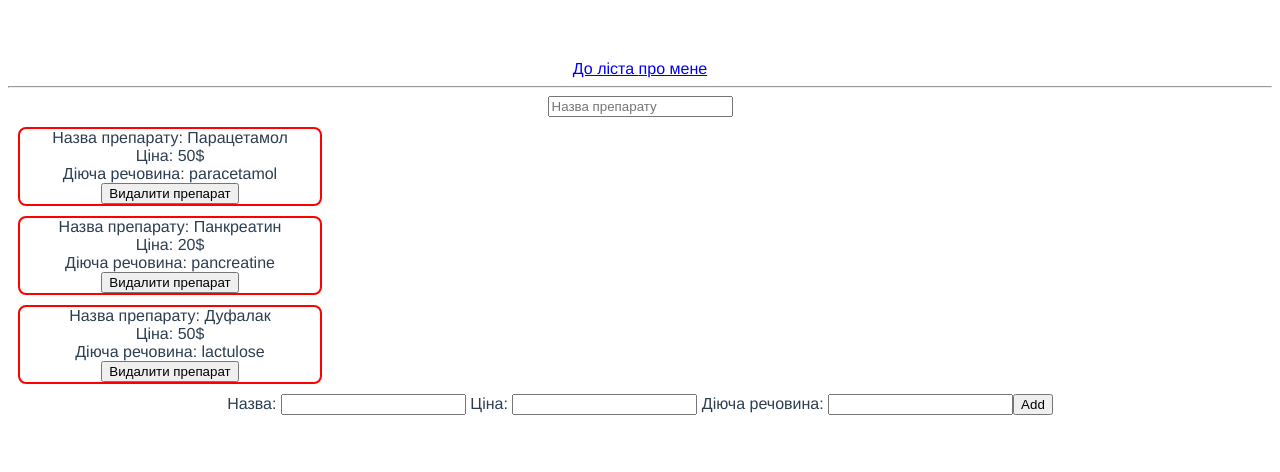
Repository: KYUUBI-K/Labs-from-2-course-
Page: /#/list (app in lab2(pharmacy)/)
These files come from the project's save history. The page is drawn as it stood at one moment and after the next save; the edit follows.
The browser window is 1280 px wide. The pictures show the whole page.
The project was rebuilt for these pictures with package versions that can differ from the ones it lists, and the page was loaded fresh each time.

Above is the page before, as saved 2021-12-21 15:53:44.

### lab2(pharmacy)/src/main.js
import Vue from 'vue'
import App from './App.vue'
import store from './state/index'
import VueRouter from 'vue-router';
import router from './router/index'

Vue.use(VueRouter);

Vue.config.productionTip = false

new Vue({
  store,
  router,
  render: (h) => h(App),
}).$mount('#app')

### lab2(pharmacy)/src/App.vue
<template>
  <div id="app">
    <router-link to="/list">До ліста </router-link>
    <router-link to="/AboutMe">про мене </router-link>
    <hr />
    <router-view></router-view>
  </div>
</template>

<script>
export default {
  name: "App",
  components: {},
};
</script>

<style>
#app {
  font-family: Avenir, Helvetica, Arial, sans-serif;
  -webkit-font-smoothing: antialiased;
  -moz-osx-font-smoothing: grayscale;
  text-align: center;
  color: #2c3e50;
  margin-top: 60px;
}
</style>

### lab2(pharmacy)/src/state/index.js
import Vue from 'vue'
import Vuex from 'vuex'
import { v4 as uuidv4 } from 'uuid'
Vue.use(Vuex)

const store = new Vuex.Store({
  state: {
    search:"",
    taskList:[
        {
          id:1, title:'Парацетамол', price:'50', active_substance:'paracetamol',
        },
        {
            id:2, title:'Панкреатин', price:'20', active_substance:'pancreatine',

        },
        {
            id:3, title:'Дуфалак', price:'50', active_substance:'lactulose',

        }
    ]
  },
  getters:{
      getTaskList:(state)=>state.taskList
  },
  mutations:{
    addNewTask(state, dataObj) {
      state.taskList.push({
        id: uuidv4(),
        ...dataObj,
      })
    },
    deleteTask(state,dataobj){
        state.taskList = state.taskList.filter(item=>(item.id != dataobj))
    }
  },
  actions:{
    addTask({ commit }, data) {
      commit('addNewTask', data)
    },
    delete({commit},data){
        commit('deleteTask',data)
    }
  }

})

export default store

### lab2(pharmacy)/src/router/index.js
import Vue from 'vue';
import VueRouter from 'vue-router';
import Tasklist from '../components/Tasklist'
Vue.use(VueRouter);

export const router = new VueRouter({
    routes:[
    {
        path:'/list',
        component:Tasklist,
        name:'list',
    }
    ]

});
export default router

### lab2(pharmacy)/src/components/Tasklist/index.vue
<template>
  <div>
    <div></div>
    <div>
      <input type="search" v-model="search" placeholder="Назва препарату" />
    </div>
    <task-item v-for="task in filterTask" :key="task.id" :task="task" />
    <div>
      <add-new-task />
    </div>
  </div>
</template>

<script>
import TaskItem from "./Taskitem";
import AddNewTask from "@/components/AddNewTask";

import { mapGetters } from "vuex";
export default {
  data() {
    return {
      search: "",
    };
  },
  name: "TaskList",
  components: {
    TaskItem,
    AddNewTask,
  },
  computed: {
    ...mapGetters(["getTaskList"]),
    filterTask() {
      let list = [...this.getTaskList];
      if (this.search) {
        list = list.filter((item) => {
          return item.title.indexOf(this.search) > -1;
        });
      }
      return list;
    },
  },
};
</script>

<style lang="scss" scoped>
</style>

### lab2(pharmacy)/src/components/Tasklist/Taskitem/index.vue
<template>
  <div class="task">
    <div>Назва препарату: {{ task.title }}</div>
    <div>Ціна: {{ task.price }}$</div>
    <div>Діюча речовина: {{ task.active_substance }}</div>
    <button @click="deletetask">Видалити препарат</button>
  </div>
</template>

<script>
import { mapActions } from "vuex";
export default {
  name: "Taskitem",
  props: {
    task: {
      type: Object,
      default: () => ({}),
    },
  },
  methods: {
    ...mapActions(["delete"]),
    deletetask() {
      this.delete(this.task.id);
    },
  },
};
</script>

<style lang="css" scoped>
.task {
  width: 300px;
  border: 2px solid red;
  border-radius: 8px;
  margin: 10px;
}
</style>

### lab2(pharmacy)/src/components/AddNewTask/index.vue
<template>
  <div>
    <div>
      <label>
        Назва:
        <input type="text" v-model="title" />
      </label>
      <label>
        Ціна:
        <input type="text" v-model.number="price" />
      </label>
      <label>
        Діюча речовина:
        <input type="text" v-model="active_substance" />
      </label>
      <button @click="onAdd">Add</button>
    </div>
  </div>
</template>

<script>
//1. Імпортуємо mapActions
import { mapActions } from "vuex";
export default {
  name: "AddNewTask",

  data() {
    return {
      title: null,
      price: null,
      active_substance: null,
    };
  },

  methods: {
    ...mapActions(["addTask"]),
    onAdd() {
      this.addTask({
        title: this.title,
        price: this.price,
        active_substance: this.active_substance,
      });
    },
  },
};
</script>

<style lang="scss" scoped>
</style>

Loaded but not shown: lab2(pharmacy)/public/index.html (common file)

After the next save:
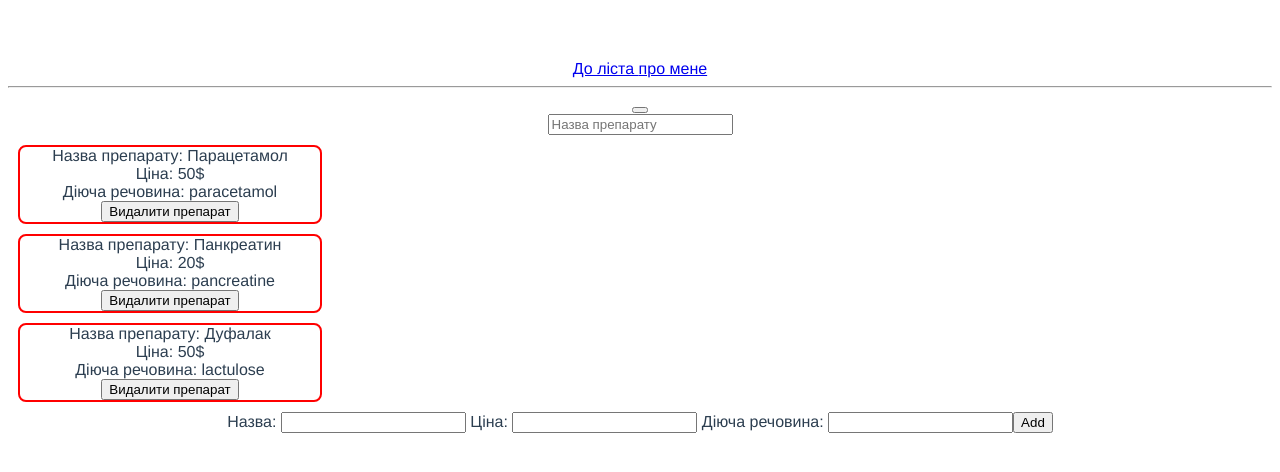
Saved 38 s later.
--- a/lab2(pharmacy)/src/components/Tasklist/index.vue
+++ b/lab2(pharmacy)/src/components/Tasklist/index.vue
@@ -1,6 +1,8 @@
 <template>
   <div>
-    <div></div>
+    <div>
+      <button></button>
+    </div>
     <div>
       <input type="search" v-model="search" placeholder="Назва препарату" />
     </div>
